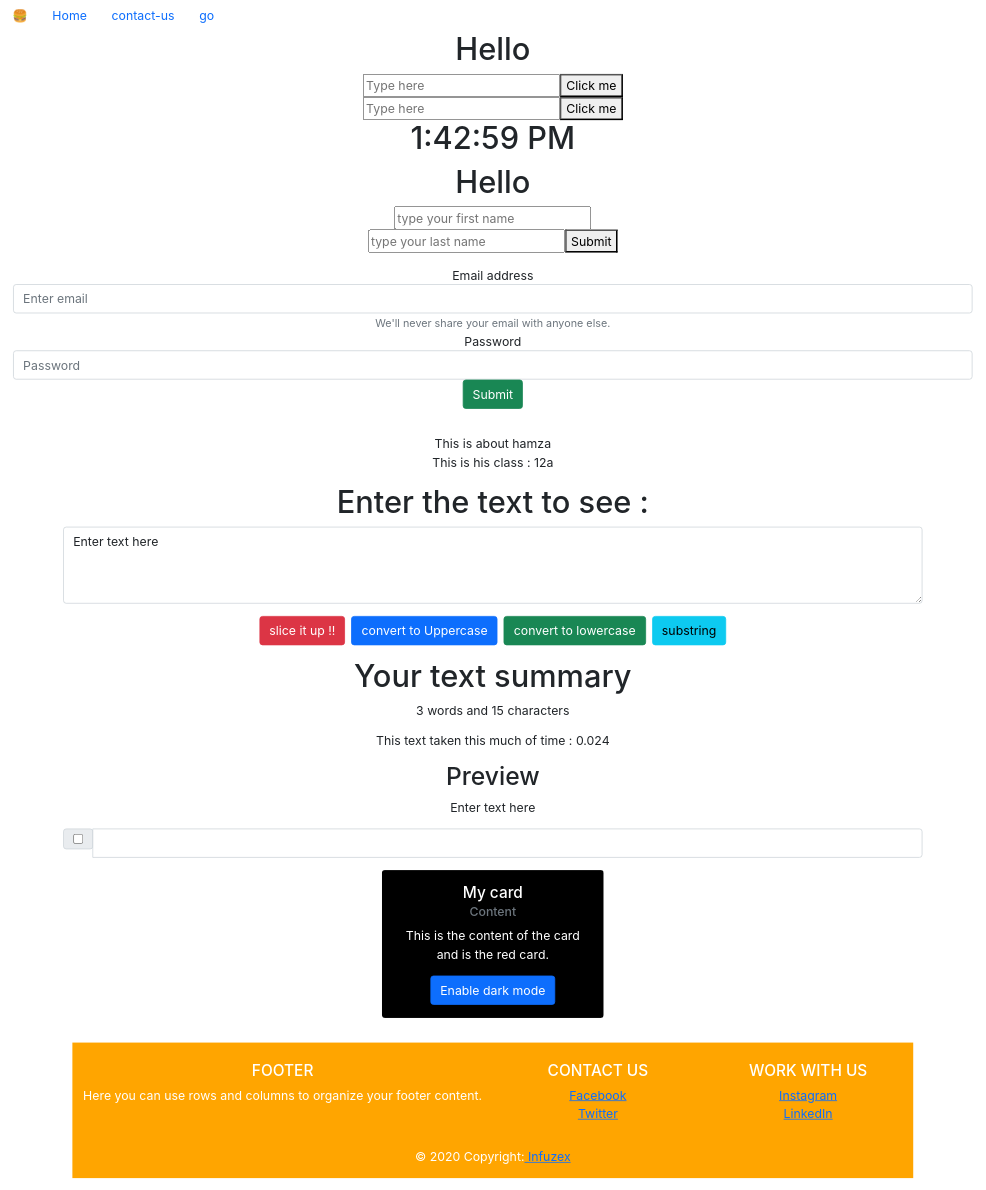
Repository: shah-zx/React-learning
Page: /
The author's editor kept a copy of each file at every save. The page is drawn from the files as they stood at one save, then again after the next save.
The browser window is 1280 px wide. The pictures show the whole page, at 77% of full size.
The project was rebuilt for these pictures with package versions that can differ from the ones it lists, and the page was loaded fresh each time. Also part of the build but not shown: src/components/Welcome.js, src/components/Swagat.js, src/components/Namaste.js, src/components/Hello.js, src/components/ayiye.js, src/components/Message.js, src/components/Thought.js, src/components/Counter.js and 40 more. Imported but missing from the stored project, and not drawn on this page: src/components/Indexaskeyantipattern.

Above is the page before, as saved 2021-11-12 21:50:14.

### public/index.html
<!DOCTYPE html>
<html lang="en">
  <head>
    <meta charset="utf-8" />
    <link rel="icon" href="%PUBLIC_URL%/favicon.ico" />
    <meta name="viewport" content="width=device-width, initial-scale=1" />
    <meta name="theme-color" content="#000000" />
    <meta
      name="description"
      content="Textutility is a text based utility whuc can be used to manipulate your text in way you want"
    />
    <link rel="apple-touch-icon" href="%PUBLIC_URL%/logo192.png" />
    <!--
      manifest.json provides metadata used when your web app is installed on a
      user's mobile device or desktop. See https://developers.google.com/web/fundamentals/web-app-manifest/
    -->
    <link rel="manifest" href="%PUBLIC_URL%/manifest.json" />
    <!--Bootstrap CSS-->
    <link href="https://cdn.jsdelivr.net/npm/bootstrap@5.1.3/dist/css/bootstrap.min.css" rel="stylesheet" integrity="sha384-1BmE4kWBq78iYhFldvKuhfTAU6auU8tT94WrHftjDbrCEXSU1oBoqyl2QvZ6jIW3" crossorigin="anonymous">
    <!--
      Notice the use of %PUBLIC_URL% in the tags above.
      It will be replaced with the URL of the `public` folder during the build.
      Only files inside the `public` folder can be referenced from the HTML.

      Unlike "/favicon.ico" or "favicon.ico", "%PUBLIC_URL%/favicon.ico" will
      work correctly both with client-side routing and a non-root public URL.
      Learn how to configure a non-root public URL by running `npm run build`.
    -->
    <title>Infuzex</title>
  </head>
  <body>
    <noscript>You need to enable JavaScript to run this app.</noscript>
    <div id="root"></div>
    <div id="portal-root"></div>

    <!--
      This HTML file is a template.
      If you open it directly in the browser, you will see an empty page.

      You can add webfonts, meta tags, or analytics to this file.
      The build step will place the bundled scripts into the <body> tag.

      To begin the development, run `npm start` or `yarn start`.
      To create a production bundle, use `npm run build` or `yarn build`.
    -->
    <!--Bootstrap JS-->
  <script src="https://cdn.jsdelivr.net/npm/bootstrap@5.1.3/dist/js/bootstrap.bundle.min.js" integrity="sha384-ka7Sk0Gln4gmtz2MlQnikT1wXgYsOg+OMhuP+IlRH9sENBO0LRn5q+8nbTov4+1p" crossorigin="anonymous"></script>
 </body>
</html>

### src/App.js
import logo from './logo.svg';
import './App.css';
import React, { useState } from 'react';
import Greet from './components/Greet'
import Welcome from './components/Welcome'
import Swagat from './components/Swagat'
import Namaste from './components/Namaste'
import Hello from './components/Hello'
import Ayiye from './components/ayiye';
import Message from './components/Message'
import Thought from './components/Thought'
import Counter from './components/Counter'
import Functionalclick from './components/Functionalclick'
import Eventbind from './components/Eventbind'
import ParentComponent from './components/ParentComponent';
import CoditionalRendering from './components/CoditionalRendering';
import Namelist from './components/Namelist';
import Indexaskeyantipattern from './components/Indexaskeyantipattern'
import Stylesheet from './components/Stylesheet'
import Inline from './components/Inline'
import './appStyles.css'
import styles from './appStyles.module.css'
import Form from './components/Form';
import Fragments from './components/Fragments';
import Tables from './components/Tables';
import Columns from './components/Columns';
import Purecomponents from './components/Purecomponents'
import Parentcomp from './components/Parentcomp';
import MemoComp from './components/MemoComp'
import RefsDemo from './components/RefsDemo';
import Focusinput from './components/Focusinput'
import FRparentinput from './components/FRparentinput';
import Portaldemo from './components/Portaldemo'
import Practice1 from './components/Practice1';
import Practice2 from './components/Practice2';
import Clickcounter from './components/Clickcounter';
import HoverCount from './components/HoverCount'
import Componentone from './components/Componentone'
import ClickcounterTwo from './components/ClickcounterTwo';
import HovercounterTwo from './components/HovercounterTwo'
import Hovering from './components/Hovering';
import User from './components/User'
import Counterforcountandhover from './components/Counterforcountandhover';
import Navbar from './components/Navbar';
import TextForm from './components/TextForm';
import About from './components/About';
import Alert from './components/Alert';
import {
  BrowserRouter as Router,
  Switch,
  Route,
  Link

} from "react-router-dom";
import One from './practice_components/One';
import Alert_pr from './practice_components/Alert_pr';
import Footer from './components/Footer';
import Textarea from './practice_components/Textarea';
import NotesState from '../src/context/notes/NotesState'
import Hooks from './practice_components/Hooks';
import Time from './practice_components/Time';
import Dclock from './practice_components/Dclock';
import Handlingevents from './practice_components/Handlingevents'
import Forms from './practice_components/Forms';
import Login from './practice_components/Login';
function App() {
  // const [darkMode , setDarkMode] = useState(false)  // Wether dark mode is enabled or disabled //
  const [alert, setAlert] = useState(null);  // This is used for setting the state //
  const showAlert = (message, type) => {    // This is for showing the alert

    setAlert({
      msg: message,
      type: type
    })
    setTimeout(() => {  // This will help us to fade out the text message after 2 seconds //
      setAlert(null);
    }, 2000);
  }

  return (
    <>
    <NotesState>
      <Router>

        <div className="App">
          {

            <Navbar title= "🍔" Abouttext="Home" cont="contact-us" hello="go" />
       // Passing the props //
      /*      <Greet name = "hamza" heroName = "Batman"/>
      {/* <Greet name = ""  <Greet name = "shahnawaz" superName = "Superman"/>
      <Greet name = "rahul" wonderName = "women"/>

      {/*<Welcome />
      <Swagat />
      <Namaste />
      <Hello />
      <Ayiye naam="shahnawaz" elder="Brother" />
      <Ayiye naam="hamza" younger="Brother" /> */}
          {/* <Greet name="shahnawaz" heroName="Batman" /> */}
          {/* <Greet /> */}
          {/* <Welcome name="Hamza" heroName="Superman" /> */}
          {/* <Message />
      <Thought />
      <Counter /> */}
          {/* <ParentComponent /> */}
          {/* <Functionalclick /> */}
          {/* <Eventbind /> */}
          {/* <CoditionalRendering /> */}
          {/* <Namelist />  */}
          {/* <Indexaskeyantipattern /> */}
          {/* <Stylesheet primary = {true} />
      <Inline />
      <h1 className='error'>Error</h1>
      <h1 className={styles.success}>Success</h1>
      <Form /> */}
          {/* <Purecomponents /> */}
          {/* <Fragments /> */}
          {/* <Tables /> */}
          {/* <Parentcomp /> */}
          {/* <MemoComp /> */}
          {/* <Practice1 naam="romeo" herokanaam="billu" /> */}
          {/* <Hello />
      <RefsDemo />
      <Focusinput />
      <FRparentinput />
      <Portaldemo /> */}
          {/* <Practice2 /> */}
          {/* <Clickcounter /> */}
          {/* <HoverCount /> */}
          {/* <Componentone /> */}
          {/* <ClickcounterTwo /> */}
          {/* <HovercounterTwo /> */}
          {/* <Hovering /> */}
          {/* <User render={(isLoggedIn) => isLoggedIn ? 'Rendered' : 'Guest'} />   */}
          {/* <Counterforcountandhover render = {(count , incrementCount) => <ClickcounterTwo count = {count} incrementCount = {incrementCount}/> }/> */}
          {/* <Counterforcountandhover render = {(count , incrementCount) => <Hovering count = {count} incrementCount = {incrementCount}/> }/> */}
          {/* <Hooks/>
          <Time /> */}
          <Forms/>
          {/* <Handlingevents /> */}
          <Dclock/>
          <Login />
          <Alert alert={alert} />
          <div className="alert">
            <Alert_pr showAlert={showAlert} />
          </div>
          <div classname="greet">
            <Greet />
          </div>
          <div className="container my-3" >
            <Switch>
              <Route path="/about">
                <About />
                {/* <Ayiye/> */}
              </Route>
              <Route path="/">
                <TextForm showAlert={showAlert} heading="Enter the text to see :" />
                <div className="txt">
                  <Textarea st="checkbox"/>
                </div>
                <div className="red_card">
                  <One />
                  <div className="container">
                    <Footer heading = "Footer" link1 = "Facebook" ls = "Twitter" oneLink = "Instagram" secLink = "LinkedIn"/>
                  </div>
                </div>
              </Route>
            </Switch>
            {/* <About /> */}
          </div>
          {/* <About /> */}
        </div>
      </Router>
    </NotesState>
    </>
  );
}

export default App;  // This is the place where we have exported our App //

// Functional components : takes properties ( a js function takes the props and returns the jsx code --> HTML code )
// As soon as we import the Greet Component we have to import it to our main App.js and use it as an html tag
// Class components : They can also recieve input as props and retun html code
// It can maintain some data private to that component
// The user component will make sure the user is logged in or not

### src/App.css
.App {
  text-align: center;
}

.App-logo {
  height: 40vmin;
  pointer-events: none;
}

@media (prefers-reduced-motion: no-preference) {
  .App-logo {
    animation: App-logo-spin infinite 20s linear;
  }
}

.App-header {
  background-color: #282c34;
  min-height: 100vh;
  display: flex;
  flex-direction: column;
  align-items: center;
  justify-content: center;
  font-size: calc(10px + 2vmin);
  color: white;
}

.App-link {
  color: #61dafb;
}

@keyframes App-logo-spin {
  from {
    transform: rotate(0deg);
  }
  to {
    transform: rotate(360deg);
  }
}

/*
.red_card {
  display: flex;
  flex-wrap: wrap;
} */

.container {
  margin-top: 2em;
}

### src/components/Greet.js
import React, { useContext , useEffect } from "react";
import noteContext from "../context/notes/noteContext";
const Greet = () => {
    const a = useContext(noteContext)
    useEffect(() => {
        a.update()
    }, [])
    return (
        <div>
            This is about {a.state.name}
            <br />
            This is his class : {a.state.class}
        </div>  // Here we are using the context API
    )
}


// const {name, heroName} = props  // Destructurig the props in functional components //
// console.log(props)
// This is our greeting function , after creating it , we have to export it to the App.js

export default Greet

### src/components/Navbar.js
// Here we are making a navbar component //

import React from 'react'
import PropTypes from 'prop-types' // Importing the proptypes from props //
import {Link} from 'react-router-dom' // Importing the Link  , thing to remember : exporting not as DEFAULT //
export default function Navbar(props) {

    return (
        <ul className="nav">
        <li className="nav-item">
          <Link className="nav-link active" aria-current="page" to="/">{props.title}</Link>
        </li>
        <li className="nav-item">
          <Link className="nav-link" to="about">{props.Abouttext}</Link>
        </li>
        <li className="nav-item">
          <Link className="nav-link" to="/">{props.cont}</Link>
        </li>
        <li className="nav-item">
          <a className="nav-link">{props.hello}</a>
        </li>
      </ul>
    )
}
Navbar.propTypes = {      // These are our navbar properties //
                      title : PropTypes.string.isRequired ,
                      Abouttext : PropTypes.string
                   }

Navbar.defaultProps = {title : 'set title here' ,
                        Abouttext : 'set abouttext here'
                    }

### src/practice_components/One.js
import React, { useState } from 'react'  // We  also imported the usestate from react so that it can be used in the component //
import './One.css'
function One() {

    // let myStyle = {  // This is an objetct whic will give us the color for every

    // }

    // Now we will automatically set the dark mode enable and disable for our card //

    // This is for setting the state for styling //

    const [myStyle, setMystyle] = useState({
        color: 'white',
        backgroundColor: 'black',
        width: '18rem'
    })

    // Defining the event handler giveColor//

    const giveColor = () => {
        if (myStyle.color === 'white') {
            setMystyle({
                color: 'blue',
                backgroundColor: 'white',
                width: '18rem'
            })
            setBtntext('Enable dark mode')
        }
        else {
            setMystyle({
                color: 'white',
                backgroundColor: 'blue',
                width: '18rem'
            })
            setBtntext('Enable light mode')
        }
    }

    // This is for the button state change //

    const [btntext, setBtntext] = useState('Enable dark mode')

    return (

        <div class="card" style={myStyle} >
            <div class="card-body">
                <h5 class="card-title">My card</h5>
                <h6 class="card-subtitle mb-2 text-muted">Content</h6>
                <p class="card-text">This is the content of the card and is the red card.</p>
                <button onClick={giveColor} type="button" class="btn btn-primary">{btntext}</button>
            </div>
        </div>
    )
}

export default One

### src/practice_components/Alert_pr.js
import React from 'react'

function Alert_pr(props) {

  const handleAlert = () => {
    console.log("HandleAlert clicked")
    props.showAlert("Are you sure you want to submit", "success")
  }



  return (
    <form>
      <div className="form-group">
        <label for="exampleInputEmail1">Email address</label>
        <input type="email" className="form-control" id="exampleInputEmail1" aria-describedby="emailHelp" placeholder="Enter email" />
        <small id="emailHelp" className="form-text text-muted">We'll never share your email with anyone else.</small>
      </div>
      <div className="form-group">
        <label for="exampleInputPassword1">Password</label>
        <input type="password" className="form-control" id="exampleInputPassword1" placeholder="Password" />
      </div>
      <button onClick={handleAlert} type="submit" class="btn btn-success">Submit</button>
    </form>
  )
}

export default Alert_pr


// code to be written in App.js :

// const [alert , setAlert] = useState(null);
// function for setting the alert :
// const showAlert = () => {
    // setAlert ({
        //    msg : message
        //   type : type
    // })
    // setTimeout(() => {
        // setAlert(null); }
        // , 2000 )
    // )
// }

### src/components/Footer.js
import React , {useContext} from 'react'
import noteContext from "../context/notes/noteContext";
function Footer(props) {
    const b = useContext(noteContext)
    return (
        <footer class="page-footer font-small pt-4" style={{ backgroundColor: "orange", color: "white" }}>

            <div class="container-fluid text-center text-md-left">

                <div class="row">

                    <div class="col-md-6 mt-md-0 mt-3">

                        <h5 class="text-uppercase">{props.heading}</h5>
                        <p>{b.name} Here you can use rows and columns to organize your footer content.</p>

                    </div>

                    <hr class="clearfix w-100 d-md-none pb-3" />

                    <div class="col-md-3 mb-md-0 mb-3">

                        <h5 class="text-uppercase">Contact us</h5>

                        <ul class="list-unstyled">
                            <li>
                                <a href="#!">{props.link1}</a>
                            </li>
                            <li>
                                <a href="#!">{props.ls}</a>
                            </li>
                        </ul>

                    </div>

                    <div class="col-md-3 mb-md-0 mb-3">

                        <h5 class="text-uppercase">Work with us</h5>

                        <ul class="list-unstyled">
                            <li>
                                <a href="#!">{props.oneLink}</a>
                            </li>
                            <li>
                                <a href="#!">{props.secLink}</a>
                            </li>
                        </ul>

                    </div>

                </div>

            </div>

            <div class="footer-copyright text-center py-3">© 2020 Copyright:
                <a href="https://mdbootstrap.com/"> Infuzex</a>
            </div>

        </footer>
    )
}

export default Footer

### src/practice_components/Textarea.js
import React , { useState } from 'react'

function Textarea(props) {




    const handleChange =() => {
         console.log("handleChange click")
    }


    return (
        <div class="input-group mb-3">
        <div class="input-group-prepend">
          <div class="input-group-text">
            <input onClick = {handleChange} type={props.st} aria-label="Checkbox for following text input" />
          </div>
        </div>
        <input type="text" class="form-control" aria-label="Text input with checkbox"/>
      </div>
    )
}

export default Textarea

### src/context/notes/NotesState.js
import react, { useState } from 'react';
import noteContext from './noteContext'

const NotesState = (props) => {
    const s1 = {
        "name": "Shahnawaz",
        "class": "5a"
    }
    const [state, setState] = useState(s1)
    const update = () => {
        setTimeout(() => {
            setState({
                "name": "hamza",
                "class": "12a"
            })
        }, 3000);
    }
    return (
        <noteContext.Provider value={{ state, update }}>
            {props.children}
        </noteContext.Provider>


    )
}

export default NotesState;

### src/practice_components/Dclock.jsx
import React , {useState} from 'react'

function Dclock() {

   let time = new Date().toLocaleTimeString();

   const[ctime , setTime] = useState(time)

   const updateTime = () => {
      let newtime = new Date().toLocaleTimeString();
      setTime(newtime)
   }

   setInterval(updateTime,1000) // This function will take a call back function and the interval after which the event will take place

    return (
        <>
            <h1>{ctime}</h1>
        </>
    )
}

export default Dclock

### src/practice_components/Forms.jsx
import React, { useState } from 'react'



function Forms() {

    const [fullName, setfullName] = useState({
        fname : "" ,
        lname : "" ,
    });

    const inputEvent = (event) => {  // We are passing the text we will be weiting in the input in an object called event
        // setName(event.target.value)
    };

    const onSubmits = (event) => {
        event.preventDefault();
        alert('Form submitted successfully')
    }


    const handleChange = () => {
        // setFullName(name);
    }
    return (
        <>
        <div className="main_div">
        <form onSubmit = {onSubmits}>
            <h1>Hello {fullName.fname} {fullName.lname}</h1>
            <input type="text"
                placeholder="Type here"
                value={fullName.fname}
                onChange={inputEvent}
                name = "fname">
                </input>
            <button onClick={handleChange}
                type="submit">Click me </button>
            <br />
            <input type="text"
                placeholder="Type here"
                value={fullName.lname}
                onChange={inputEvent}
                name = "lname">
                </input>
            <button onClick={handleChange}
                type="submit">Click me </button>
                </form>
                </div>
        </>
    )
}

export default Forms

// Note : as we do for button , which is onClick , we do for input field also : that is onChange
//    console.log(event.target.value)  // accessing our text

### src/practice_components/Login.jsx
import React, { useState } from 'react'

function Login() {

  const [name, setName] = useState("")

  const [lastName, setLastName] = useState("");

  const [fullName, setfullName] = useState("")

  const [lastNamenew , setlastNamenew] = useState("")

  const onSubmits = (event) => {
    event.preventDefault();  // This will help in preventing the default behaviour of the form
    setfullName(name)
    setlastNamenew(lastName)
  }

  const handleThat = (event) => {
    setName(event.target.value);
  }

  const handleThattwo = (event) => {
    setLastName(event.target.value)
  }

  return (
    <>
      <div className="main_div">
        <form onSubmit={onSubmits}>
          <h1>Hello {fullName} {lastNamenew}</h1>
          <input
            onChange={handleThat}
            type="text"
            placeholder="type your first name"
            value={name}>
          </input>
          <br/>
          <input
          type = "text"
          onChange = {handleThattwo}
          placeholder = "type your last name"
          value = {lastName}>
          </input>
          <button type="submit">Submit</button>
        </form>
      </div>
    </>
  )
}

export default Login

### src/context/notes/noteContext.js
import { createContext } from "react";
const noteContext = createContext();   // Here we craeted a new context which will hold our states


export default noteContext;


// Here we have formed the context API

### src/practice_components/One.css
.card{

    margin-left: auto;
    margin-right: auto;
    /* margin-bottom: 1em; */
}

Loaded but not shown: src/index.js (common file); src/index.css (common file); src/reportWebVitals.js (common file); src/components/TextForm.js (79 lines, source omitted)

After the next save:
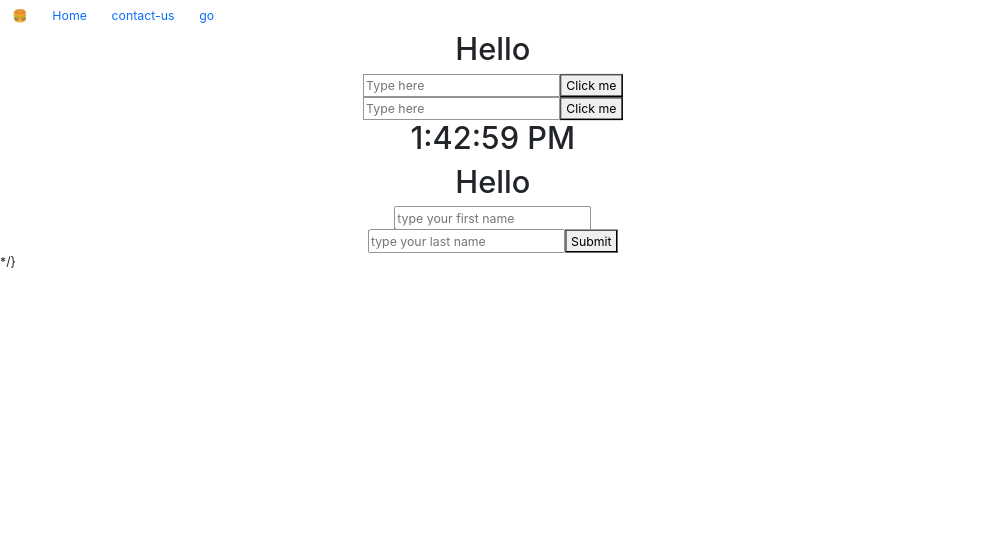
Saved 12 min 33 s later.
--- a/src/App.js
+++ b/src/App.js
@@ -142,7 +142,7 @@ function App() {
           <Dclock/>
           <Login />
           <Alert alert={alert} />
-          <div className="alert">
+          {/* <div className="alert">
             <Alert_pr showAlert={showAlert} />
           </div>
           <div classname="greet">
@@ -153,7 +153,7 @@ function App() {
               <Route path="/about">
                 <About />
                 {/* <Ayiye/> */}
-              </Route>
+              {/* </Route>
               <Route path="/">
                 <TextForm showAlert={showAlert} heading="Enter the text to see :" />
                 <div className="txt">
@@ -170,8 +170,8 @@ function App() {
             {/* <About /> */}
           </div>
           {/* <About /> */}
-        </div>
-      </Router>
+        {/* </div> */}
+      </Router> */}
     </NotesState>
     </>
   );
